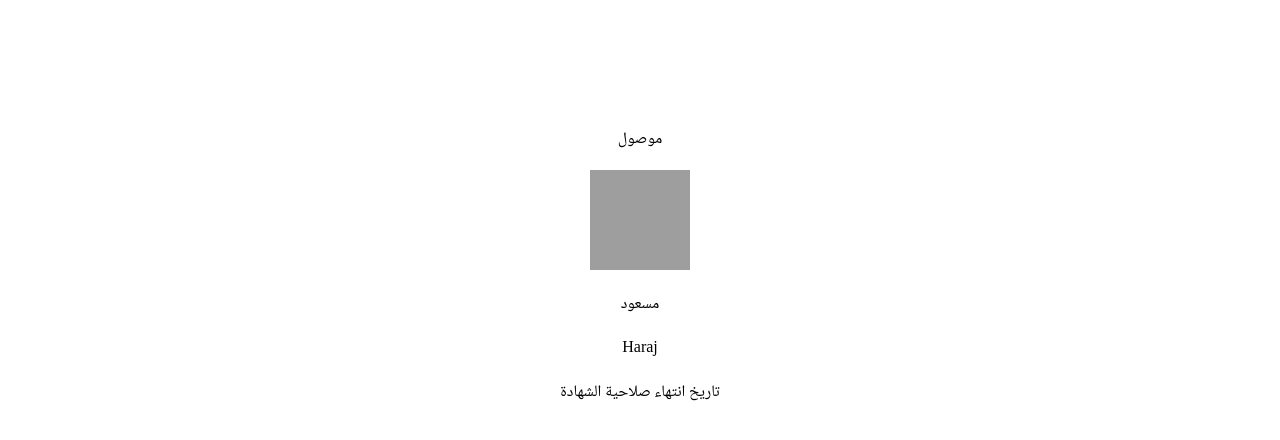
Repository: khanshakiil/ArabicHTMLToPDF
Page: HospitalFrontDesk/src/main/resources/html.html
An editor plug-in stored every save of this project. The page is shown before and after the next save, followed by the edit.
The browser window is 1280 px wide. The pictures show the whole page.
Pictures or frames that could not be fetched are drawn as grey boxes.

Above is the page before, as saved 2020-03-05 20:12:04.

After the next save:
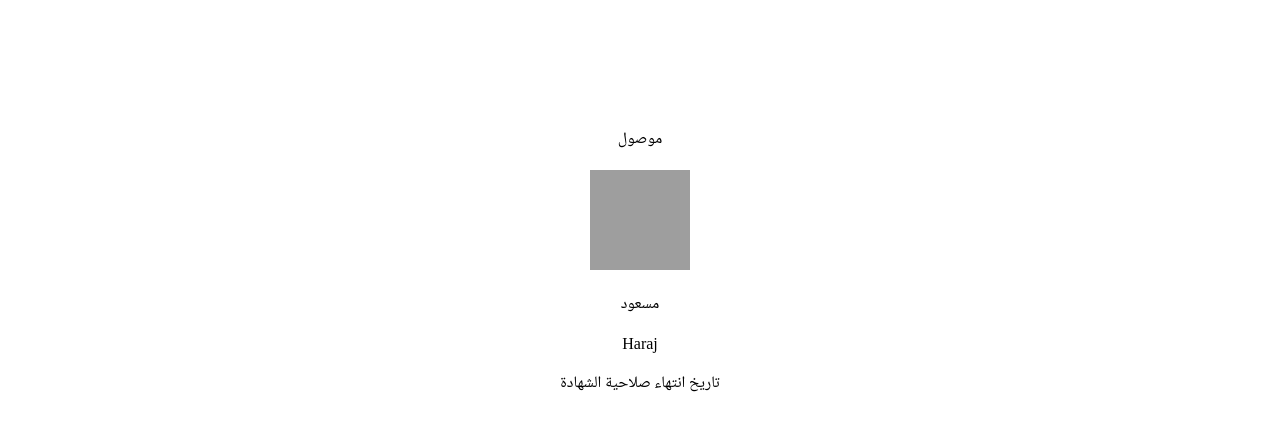
Saved 36 s later.
--- a/HospitalFrontDesk/src/main/resources/html.html
+++ b/HospitalFrontDesk/src/main/resources/html.html
@@ -28,7 +28,7 @@ height: 100px;
 <tr align="center"><td dir="rtl" style="font-family: Noto Naskh Arabic">موصول</td></tr>
 <tr align="center"><td dir="rtl"><img src="E:\\qrcode.png" id="qrCode"></img></td> </tr>
 <tr align="center"><td dir="rtl" style="font-family: Noto Naskh Arabic">مسعود </td></tr>
-<tr align="center"><td dir="rtl" style="font-family: Noto Naskh Arabic">Haraj</td></tr>
+<tr align="center"><td>Haraj</td></tr>
 <tr align="center"><td dir="rtl" style="font-family: Noto Naskh Arabic">تاريخ انتهاء صلاحية الشهادة </td></tr>
 
 </table></center>
